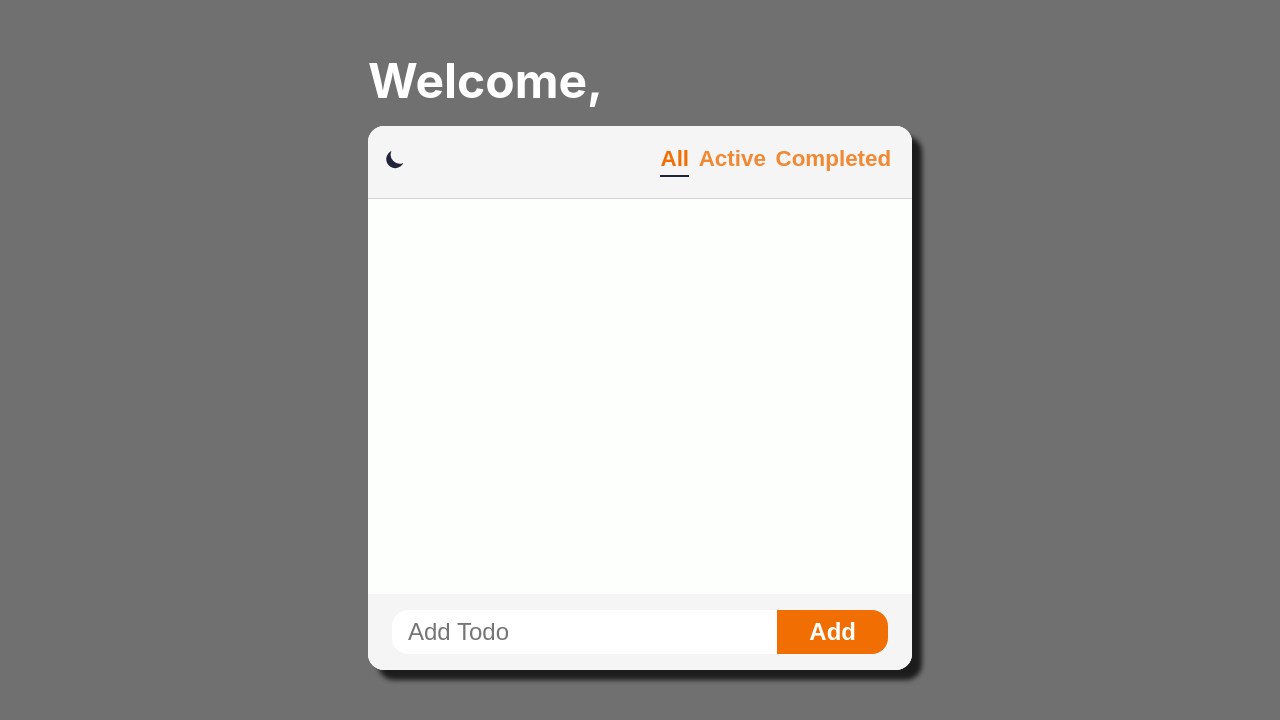
Repository: MrJinkyu/TodoList
Page: /
An editor plug-in stored every save of this project. The page is shown before and after the next save, followed by the edit.
The browser window is 1280 px wide. The pictures show the whole page.
The project was rebuilt for these pictures with package versions that can differ from the ones it lists, and the page was loaded fresh each time. Also part of the build but not shown: src/components/Todo.module.css, src/components/Todo.jsx.

Above is the page before, as saved 2023-05-01 16:07:55.

### src/index.js
import React from 'react';
import ReactDOM from 'react-dom/client';
import './index.css';
import App from './App';
import reportWebVitals from './reportWebVitals';
import Greeting from './components/Greeting';

const root = ReactDOM.createRoot(document.getElementById('root'));
root.render(
  <React.StrictMode>
    <Greeting/>
    <App />
  </React.StrictMode>
);

// If you want to start measuring performance in your app, pass a function
// to log results (for example: reportWebVitals(console.log))
// or send to an analytics endpoint. Learn more: https://bit.ly/CRA-vitals
reportWebVitals();

### src/index.css
:root{
  --color-body: #6f706f;
  --color-bg-dark:#f5f5f5;
  --color-bg: #fdfffd;
  --color-grey: #d1d1d1;
  --color-text: #22243b;
  --color-accent: #f16e03;
  --color-white: white;
  --color-scrollbar: #aaa7a7;
}

html.dark{
  --color-bg-dark: #1a1c35;
  --color-bg: #22243b;
  --color-grey: #4e4e4e;
  --color-text: #fdfffd;
}

*{
  box-sizing: border-box;
  padding: 0;
  margin: 0;
}

button{
  border: none;
  outline: none;
  cursor: pointer;
  background-color: transparent;
}

ul,li{
  list-style: none;
}

body {
  margin: 0;
  font-family: -apple-system, BlinkMacSystemFont, 'Segoe UI', 'Roboto', 'Oxygen',
    'Ubuntu', 'Cantarell', 'Fira Sans', 'Droid Sans', 'Helvetica Neue',
    sans-serif;
  -webkit-font-smoothing: antialiased;
  -moz-osx-font-smoothing: grayscale;
  width: 100vw;
  height: 100vh;
  display: flex;
  justify-content: center;
  align-items: center;
  background-color: var(--color-body);
  font-size: 1.2rem;
  accent-color: var(--color-accent);
}

code {
  font-family: source-code-pro, Menlo, Monaco, Consolas, 'Courier New',
    monospace;
}

::-webkit-scrollbar {
  width: 0.5rem
}

::-webkit-scrollbar-track {
  background-color: var(--color-bg-dark);
}

::-webkit-scrollbar-thumb {
  background-color: var(--color-scrollbar);
}

::-webkit-scrollbar-thumb:hover {
  background-color: var(--color-accent);
}

### src/App.js
import { useState } from "react";
import TodoList from "./components/TodoList";
import Header from "./components/Header";
import { DarkModeProvider } from "./context/DarkModeContext";
import './App.css';

const filters = ['all', 'active', 'completed'];
function App() {
  const [filter, setFilter] = useState(filters[0]);
  return (
    <div className="app">
    <DarkModeProvider>
      <Header filters={filters} filter={filter} onFilterChange={setFilter}/>
      <TodoList filter={filter}/>
    </DarkModeProvider>
    </div>
  );
}

export default App;

### src/components/Greeting.jsx
import React from 'react';
import styles from './Greeting.module.css';

export default function Greeting() {
    return (
        <h2 className={styles.greeting}>
            Welcome, <span className={styles.name}></span>
        </h2>
    );
}

### src/components/TodoList.jsx
import React, { useEffect, useState } from 'react';
import AddTodo from './AddTodo';
import Todo from './Todo';
import styles from './TodoList.module.css';

export default function TodoList({filter}) {
    const [todos, setTodos] = useState(readTodo);
    const handleAdd = (todo) => {
        setTodos([...todos, todo]);
    }
    const handleUpdate = (updated) => {
        setTodos(todos.map((todo) => todo.id === updated.id ? updated : todo));
    }
    const handleDelete = (deleted) => {
        setTodos(todos.filter((todo) => todo.id !== deleted.id));
    }
    const filtered = getFilteredItems(todos, filter);

    useEffect(()=>{
        localStorage.setItem('todos',JSON.stringify(todos));
    },[todos]);
    return (
        <section className={styles.container}>
            <ul className={styles.list}>
                {filtered.map((item) => (
                    <Todo
                        key={item.id}
                        todo={item}
                        onUpdate={handleUpdate}
                        onDelete={handleDelete}
                    />
                ))}
            </ul>
            <AddTodo onAdd={handleAdd}/>
        </section>
    );
}

function getFilteredItems(todos, filter){
    if(filter === 'all'){
        return todos;
    }
    return todos.filter((todo) => todo.status === filter);
}

function readTodo(){
    const todos = localStorage.getItem('todos');
    return todos ? JSON.parse(todos) : [];
}

### src/components/Header.jsx
import React from 'react';
import styles from './Header.module.css';
import { useDarkMode } from '../context/DarkModeContext';
import { HiMoon, HiSun } from 'react-icons/hi';

export default function Header({filters, filter, onFilterChange}) {
    const {darkMode, toggleDarkMode} = useDarkMode();

    return (
        <header className={styles.header}>
            <button className={styles.toggle} onClick={toggleDarkMode}>
                {!darkMode && <HiMoon></HiMoon>}
                {darkMode && <HiSun></HiSun>}
            </button>
            <ul className={styles.filters}>
                {filters.map((value,index) => (
                    <li key={index}>
                        <button
                            onClick={() => onFilterChange(value)}
                            className={`${styles.filter} ${filter === value && styles.selected}`}
                        >
                            {value}
                        </button>
                    </li>
                ))}
            </ul>
        </header>
    );
}

### src/context/DarkModeContext.jsx
const { createContext, useState, useContext } = require("react");

const DarkModeContext = createContext();

export function DarkModeProvider({children}){
    const [darkMode, setDarkMode] = useState(false);
    const toggleDarkMode = () => {
        setDarkMode(!darkMode);
        updateDarkMode(!darkMode);
    }

    return (
        <DarkModeContext.Provider value={{darkMode, toggleDarkMode}}>
            {children}
        </DarkModeContext.Provider>
    )
}

export const useDarkMode = () => useContext(DarkModeContext);

function updateDarkMode(darkMode){
    if(darkMode){
        document.documentElement.classList.add('dark');
    }else{
        document.documentElement.classList.remove('dark');
    }
}

### src/App.css
.app{
    overflow: hidden;
    display: flex;
    flex-direction: column;
    width: 34rem;
    height: 34rem;
    background-color: var(--color-bg);
    border-radius: 1rem;
    box-shadow: 10px 10px 5px 0px rgba(0,0,0,0.75);
  -webkit-box-shadow: 10px 10px 5px 0px rgba(0,0,0,0.75);
  -moz-box-shadow: 10px 10px 5px 0px rgba(0,0,0,0.75);
  }

### src/components/Greeting.module.css
.greeting{
    color: var(--color-white);
    font-size: 3rem;
    margin-bottom: 1rem;
}

### src/components/AddTodo.jsx
import React, { useState } from 'react';
import {v4 as uuidv4} from 'uuid';
import styles from './AddTodo.module.css';

export default function AddTodo({onAdd}) {
    const [text, setText] = useState('');
    const handleChange = (e) => {
        setText(e.target.value);
    }
    const handleSubmit = (e) => {
        e.preventDefault();
        if(text.trim().length === 0){
            return ;
        }
        onAdd({ id: uuidv4(), text, status: 'active' });
        setText('');
    }
    return (
        <form className={styles.form} onSubmit={handleSubmit}>
            <input
                className={styles.input}
                type="text"
                value={text}
                onChange={handleChange}
                placeholder='Add Todo'
            />
            <button className={styles.button}>Add</button>
        </form>
    );
}

### src/components/TodoList.module.css
.container{
    height: 100%;
    display: flex;
    flex-direction: column;
    min-height: 0;
}

.list{
    flex: 1 1 auto;
    padding: 0.7rem 1rem;
    overflow-y: auto;
}

### src/components/Header.module.css
.header{
    background-color: var(--color-bg-dark);
    display: flex;
    justify-content: space-between;
    align-items: center;
    padding: 1rem;
    border-bottom: 1px solid var(--color-grey);
}

.toggle{
    font-size: 1.4rem;
    color: var(--color-text);
    transition: all 150ms ease-out;
}

.toggle:hover{
    color: var(--color-accent);
    transform: scale(1.1);
}

.filters{
    display: flex;
}

.filter{
    margin: 0.3rem;
    font-size: 1.4rem;
    color: var(--color-accent);
    font-weight: bold;
    opacity: 0.8;
    text-transform: capitalize;
}

.filter:hover,
.filter.selected{
    opacity: 1;
}

.filter.selected::after{
    content: '';
    display: block;
    margin-top: 0.2rem;
    border: 1px solid var(--color-text);
}

### src/components/AddTodo.module.css
.form{
    width: 100%;
    display: flex;
    padding: 1rem 1.5rem;
    background-color: var(--color-bg-dark);
}

.input{
    font-size: 1.5rem;
    border: none;
    outline: none;
    padding: 0.5rem 1rem;
    flex: 1 0 auto;
    border-top-left-radius: 1rem;
    border-bottom-left-radius: 1rem;
}

.button{
    padding: 0 2rem;
    font-size: 1.5rem;
    font-weight: bold;
    background-color: var(--color-accent);
    color: var(--color-white);
    border-top-right-radius: 1rem;
    border-bottom-right-radius: 1rem;
}

.button:hover{
    filter: brightness(125%);
}

Loaded but not shown: public/index.html (common file); src/reportWebVitals.js (common file)

After the next save:
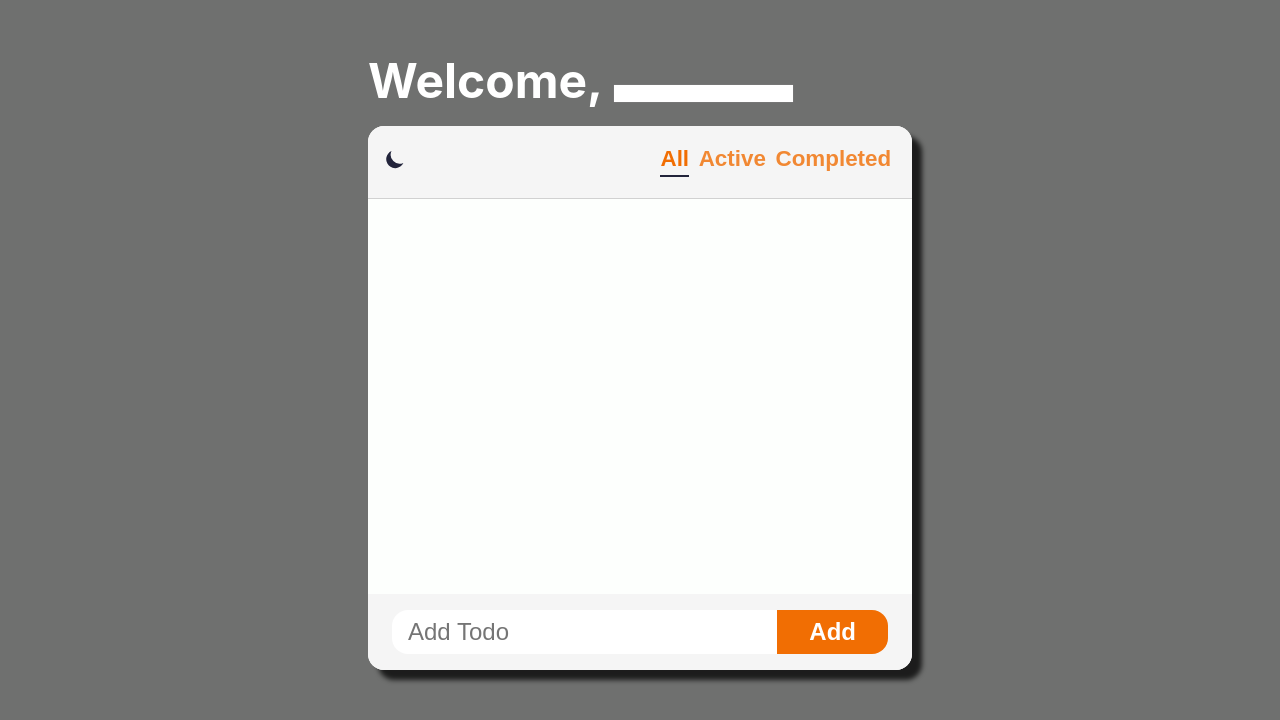
Saved 112 s later.
--- a/src/components/Greeting.jsx
+++ b/src/components/Greeting.jsx
@@ -1,10 +1,16 @@
-import React from 'react';
+import React, { useEffect } from 'react';
 import styles from './Greeting.module.css';
 
 export default function Greeting() {
+    const [name, setName] = ('');
+    useEffect(()=>{
+
+    },[]);
     return (
+        <>
         <h2 className={styles.greeting}>
-            Welcome, <span className={styles.name}></span>
+            Welcome, <input type='text'></input>
         </h2>
+        </>
     );
 }
